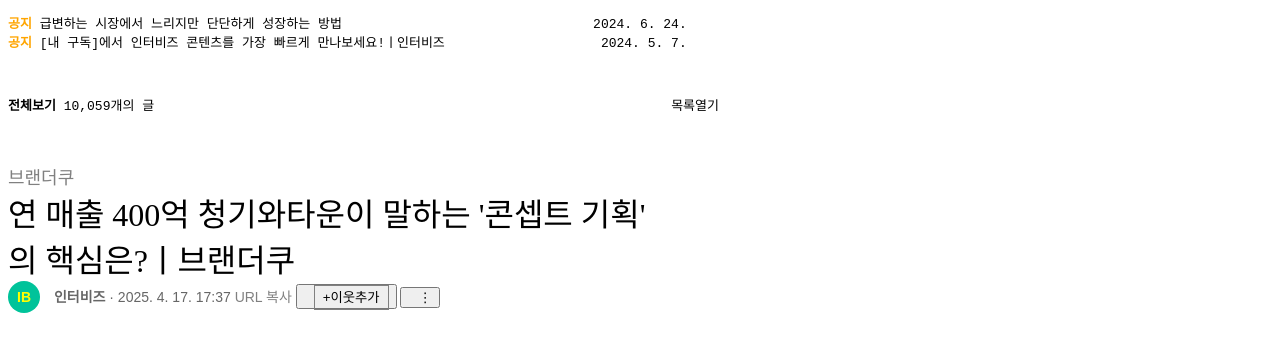
Repository: msgggg1/webPro
Page: webPro/src/main/webapp/html/days02/ex11.html
These files come from the project's save history. The page is drawn as it stood at one moment and after the next save; the edit follows.
The browser window is 1280 px wide. The pictures show the whole page.

Above is the page before, as saved 2025-04-22 15:14:48.

After the next save:
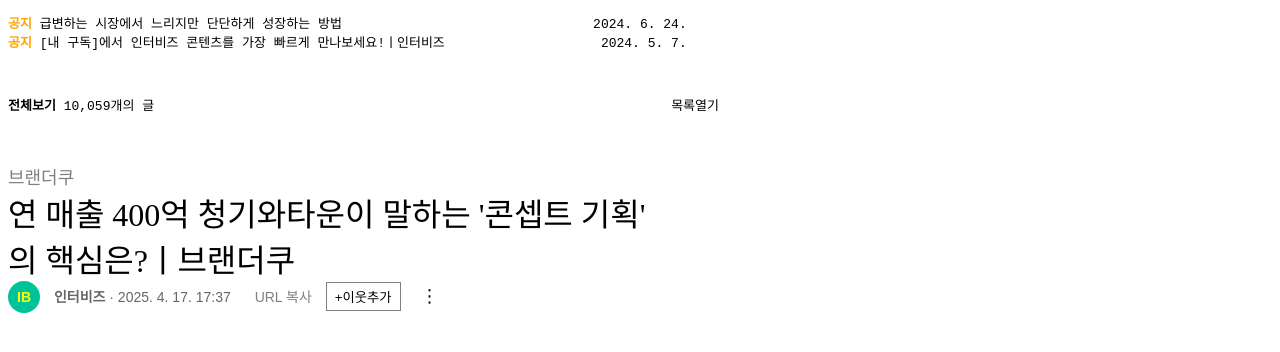
Saved 116 s later.
--- a/webPro/src/main/webapp/html/days02/ex11.html
+++ b/webPro/src/main/webapp/html/days02/ex11.html
@@ -47,15 +47,19 @@
   </span>
 
   <span style="margin-left: 10px; color: #666;">
-    <b>인터비즈</b> · 2025. 4. 17. 17:37
-  </span>
-  <a href=""><span style="color: gray;margin-right:200">URL 복사</span></a>
-  <button>
-  <span style="border: 1px solid gray; padding: 4px 8px; margin-left: 10px;">+이웃추가</span>
-  </button>
-  <button>
-  <span style="margin-left: 10px;">⋮</span>
-  </button>
+  <b>인터비즈</b> · 2025. 4. 17. 17:37
+</span>
+
+<a href="#" style="margin-left: 20px; color: gray; text-decoration: none;">URL 복사</a>
+
+<button style="margin-left: 10px; border: 1px solid gray; padding: 4px 8px; background: white; cursor: pointer;">
+  +이웃추가
+</button>
+
+<button style="margin-left: 10px; border: none; background: none; font-size: 18px; cursor: pointer;">
+  ⋮
+</button>
+
 
 </font>
 
